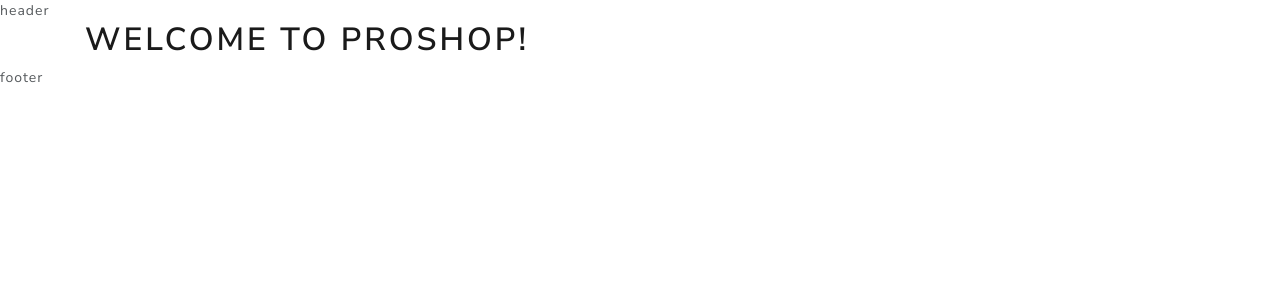
Repository: Lithium87/proshop
Page: / (app in frontend/)
These files come from the project's save history. The page is drawn as it stood at one moment and after the next save; the edit follows.
The browser window is 1280 px wide. The pictures show the whole page.
The project was rebuilt for these pictures with package versions that can differ from the ones it lists, and the page was loaded fresh each time. Also part of the build but not shown: frontend/src/index.css.

Above is the page before, as saved 2021-09-08 21:44:47.

After the next save:
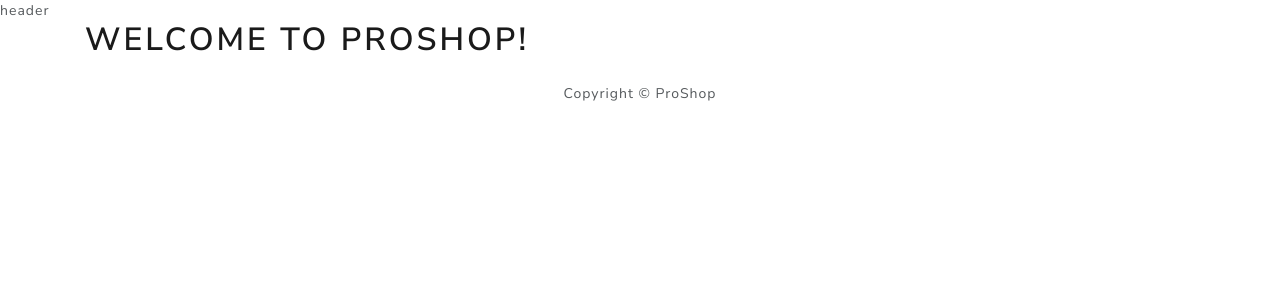
Saved 3 min 41 s later.
--- a/frontend/src/components/Footer.js
+++ b/frontend/src/components/Footer.js
@@ -1,9 +1,16 @@
-import React from 'react'
+import React from 'react';
+import {Container, Row, Col} from 'react-bootstrap';
 
 const Footer = () => {
     return (
         <footer>
-            footer
+            <Container>
+                <Row>
+                    <Col className='text-center py-3'>
+                        Copyright &copy; ProShop
+                    </Col>
+                </Row>
+            </Container>
         </footer>
     )
 }
